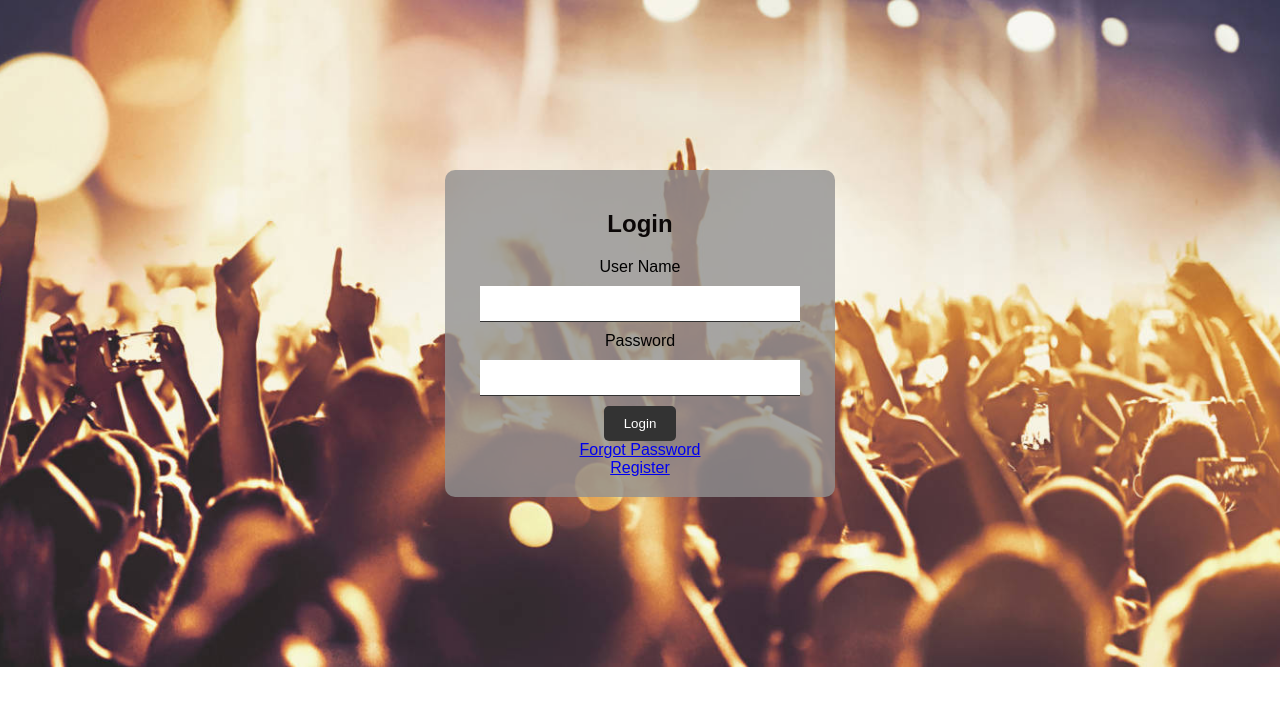
Repository: Dulankayapa/2ndyearoopprojrct
Page: http://localhost/feedback/login.jsp
An editor plug-in stored every save of this project. The page is shown before and after the next save, followed by the edit.
The browser window is 1280 px wide. The pictures show the whole page.
The page is served by Tomcat 9. Other server files are loaded and not shown.

Above is the page before, as saved 2023-10-23 12:06:30.

### feedback/src/main/webapp/login.jsp
<!DOCTYPE html>
<html>
<head>
    <meta charset="UTF-8">
    <title>Beautiful Login Page</title>
    <style>
        body {
             background-image: url("Case-Event-economics.jpg");
    background-size: cover;
    background-position: center;
    background-repeat: no-repeat;
            font-family: Arial, sans-serif;
             margin: 0;
        }

        .login-container {
            background: rgba(147, 145, 145, 0.8);
            border-radius: 10px;
            text-align: center;
            padding: 20px;
            width: 350px;
             margin: 170px auto;



        }

        h2 {
            color: #0b0707;
        }

        input[type="text"],
        input[type="password"] {
            width: 300px;
            padding: 10px;
            margin: 10px 0;
            border: none;
            border-bottom: 1px solid #333;
            outline: none;
        }

        input[type="submit"] {
            background-color: #333;
            color: #fff;
            padding: 10px 20px;
            border: none;
            border-radius: 5px;
            cursor: pointer;
            marging:10px;
        }

        input[type="submit"]:hover {
            background-color: #0a0808;
        }
    </style>
</head>
<body>
<div class="login-container">
    <form action="log" method="post">
        <h2>Login</h2>
        User Name <input type="text" name="uid" required><br>
        Password <input type="password" name="pass" required><br>
        <input type="submit" name="submit" value="Login"><br>
        <a href ="updateaccount.jsp">Forgot Password</a><br>
        <a href="Registration.jsp">   Register </a>
    </form>
    </div>
</body>
</html>

After the next save:
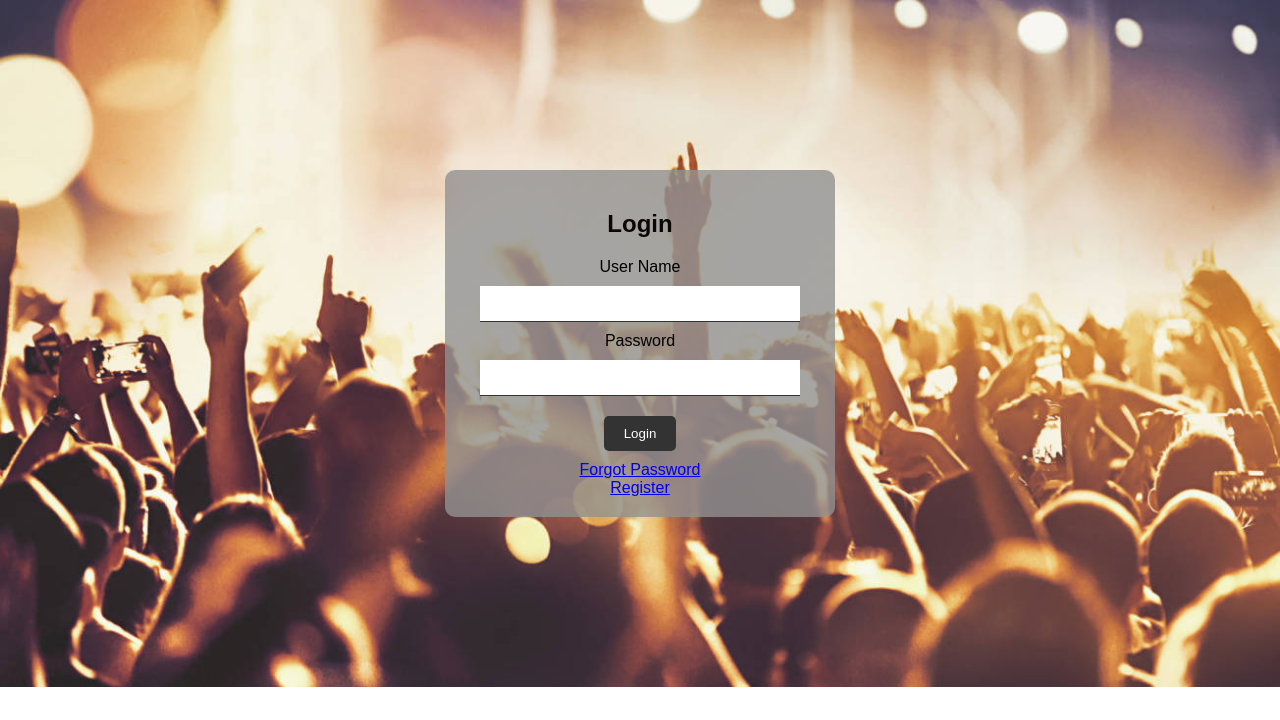
Saved 47 s later.
--- a/feedback/src/main/webapp/login.jsp
+++ b/feedback/src/main/webapp/login.jsp
@@ -46,7 +46,7 @@
             border: none;
             border-radius: 5px;
             cursor: pointer;
-            marging:10px;
+            margin:10px;
         }
 
         input[type="submit"]:hover {
